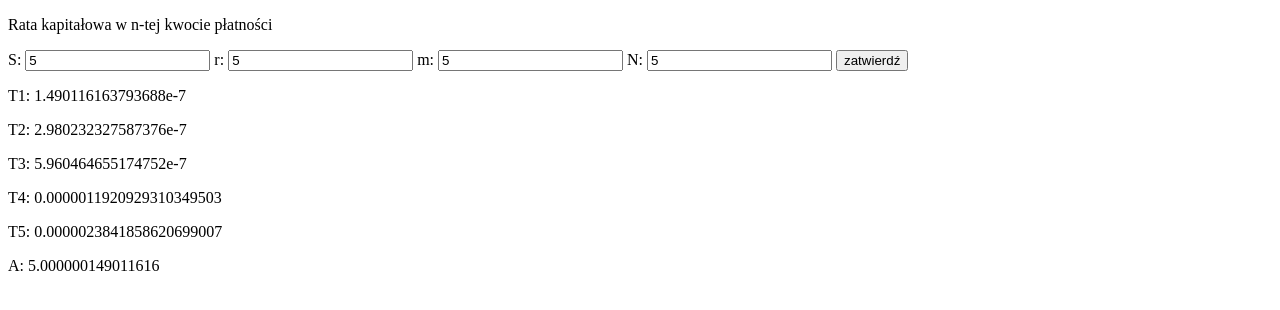
Repository: ravkita/MFCalc
Page: index.html
An editor plug-in stored every save of this project. The page is shown before and after the next save, followed by the edit.
The browser window is 1280 px wide. The pictures show the whole page.
Empty fields were first filled with sample values (such as "Sample", 5 or name@example.com).
After loading, the first visible `#confirm` was clicked once.

Above is the page before, as saved 2021-04-12 17:25:45.

After the next save:
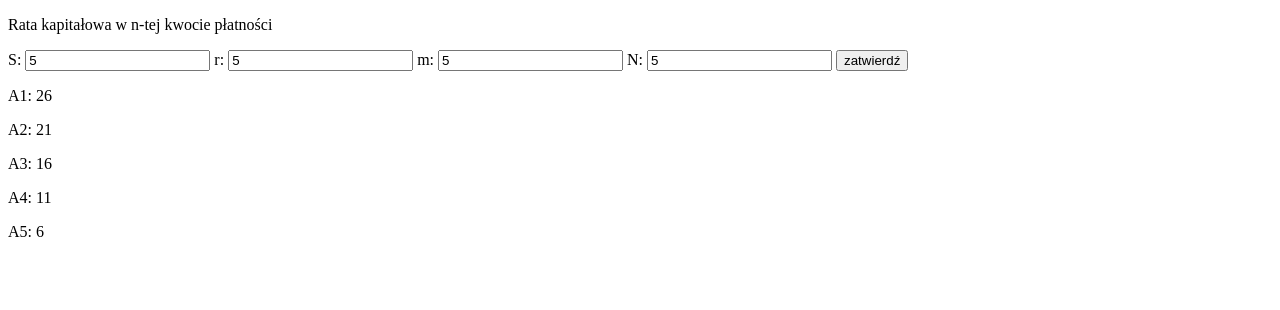
Saved 72 s later.
--- a/index.html
+++ b/index.html
@@ -54,8 +54,9 @@
                 m = document.querySelector('.m').value;
                 N = document.querySelector('.N').value;
                 q = 1+(r/m);
-                rataZmienna();
-                kwotaPlatnosciStala()
+                // rataZmienna();
+                // kwotaPlatnosciStala();
+                kwotaPlatnosciZmienna();
             });
         }
         getData();
